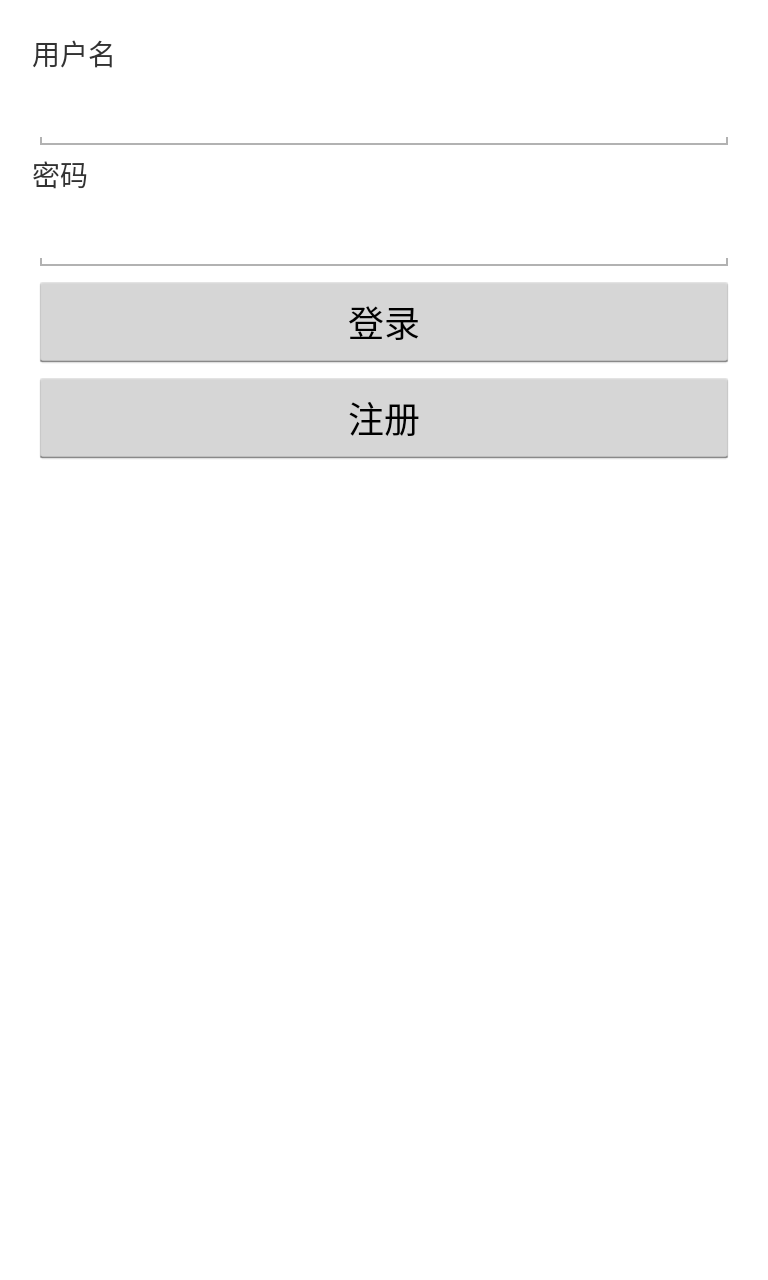
Repository: superlikex/Android_task
Layout: HelloWorld/res/layout/activity_main.xml
The author's editor kept a copy of each file at every save. The layout is drawn from the files as they stood at one save, then again after the next save.
It is drawn on a 768 x 1280 px phone screen (xhdpi) without system bars, with theme AppTheme; the app's code is not run.

Above is the layout before, as saved 2015-12-03 01:07:36.

After the next save:
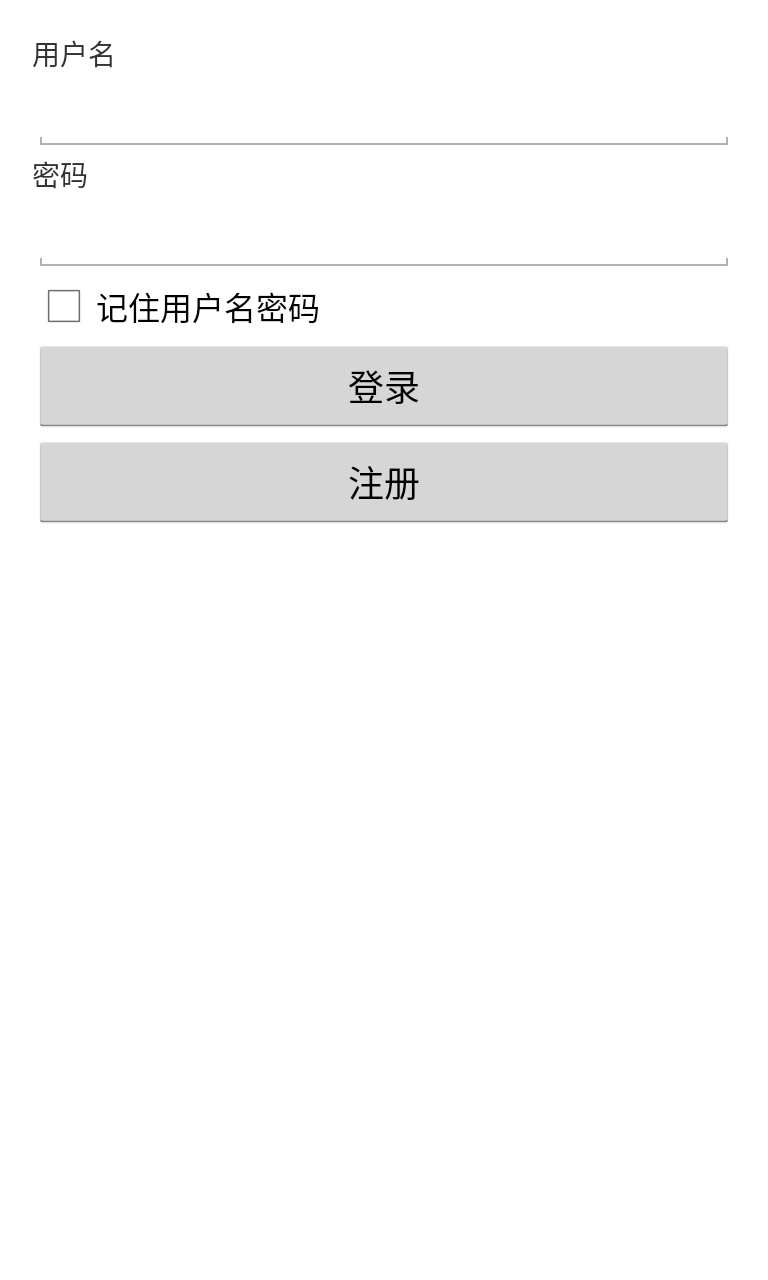
Saved 63 s later.
--- a/HelloWorld/res/layout/activity_main.xml
+++ b/HelloWorld/res/layout/activity_main.xml
@@ -31,16 +31,22 @@
           android:layout_height="wrap_content"
           android:inputType="textPassword"/>
 
+       <CheckBox
+           android:id="@+id/checkBox_1"
+           android:layout_width="wrap_content"
+           android:layout_height="wrap_content"
+           android:text="记住用户名密码" />
 
       <Button
           	android:id = "@+id/button_1"
           	android:layout_width="match_parent"
           	android:layout_height="wrap_content"
           	android:text="登录" />
+
       <Button
-          	android:id = "@+id/button_2"
-          	android:layout_width="match_parent"
-          	android:layout_height="wrap_content"
-          	android:text="注册" />
+          android:id="@+id/button_2"
+          android:layout_width="match_parent"
+          android:layout_height="wrap_content"
+          android:text="注册" />
 
 </LinearLayout>
